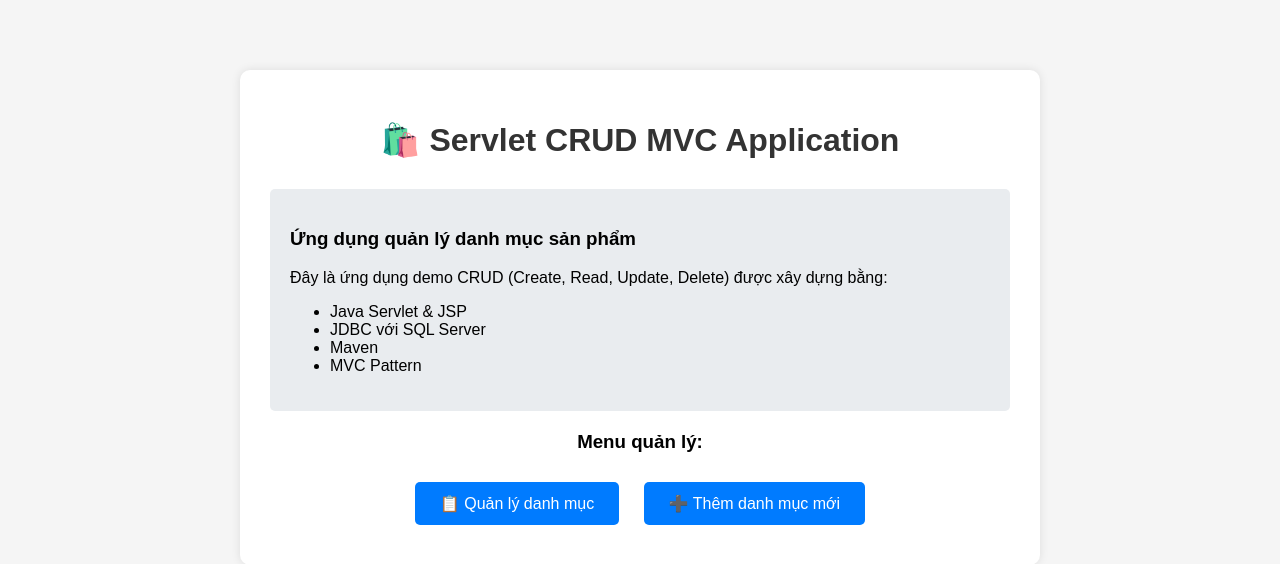
Repository: Ticasslo/23110327_HuynhNgocThang_LTWeb_BT
Page: http://localhost/23110327/
The author's editor kept a copy of each file at every save. The page is drawn from the files as they stood at one save, then again after the next save.
The browser window is 1280 px wide. The pictures show the whole page.
The page is served by Tomcat 10. Other server files are loaded and not shown.

Above is the page before, as saved 2025-08-29 16:19:33.

### 23110327/src/main/webapp/index.jsp
<%@ page language="java" contentType="text/html; charset=UTF-8" pageEncoding="UTF-8"%>
<%@ taglib prefix="c" uri="jakarta.tags.core"%>
<!DOCTYPE html>
<html>
<head>
    <meta charset="UTF-8">
    <title>Servlet CRUD MVC - Trang chủ</title>
    <style>
        body {
            font-family: Arial, sans-serif;
            max-width: 800px;
            margin: 50px auto;
            padding: 20px;
            background-color: #f5f5f5;
        }
        .container {
            background-color: white;
            padding: 30px;
            border-radius: 10px;
            box-shadow: 0 0 10px rgba(0,0,0,0.1);
        }
        h1 {
            color: #333;
            text-align: center;
            margin-bottom: 30px;
        }
        .menu {
            text-align: center;
        }
        .btn {
            display: inline-block;
            padding: 12px 25px;
            margin: 10px;
            background-color: #007bff;
            color: white;
            text-decoration: none;
            border-radius: 5px;
            font-size: 16px;
            transition: background-color 0.3s;
        }
        .btn:hover {
            background-color: #0056b3;
        }
        .description {
            margin: 20px 0;
            padding: 20px;
            background-color: #e9ecef;
            border-radius: 5px;
        }
    </style>
</head>
<body>
    <div class="container">
        <h1>🛍️ Servlet CRUD MVC Application</h1>

        <div class="description">
            <h3>Ứng dụng quản lý danh mục sản phẩm</h3>
            <p>Đây là ứng dụng demo CRUD (Create, Read, Update, Delete) được xây dựng bằng:</p>
            <ul>
                <li>Java Servlet & JSP</li>
                <li>JDBC với SQL Server</li>
                <li>Maven</li>
                <li>MVC Pattern</li>
            </ul>
        </div>

        <div class="menu">
            <h3>Menu quản lý:</h3>
            <a href="<c:url value='/admin/category/list'/>" class="btn">📋 Quản lý danh mục</a>
            <a href="<c:url value='/admin/category/add'/>" class="btn">➕ Thêm danh mục mới</a>
        </div>
    </div>
</body>
</html>

After the next save:
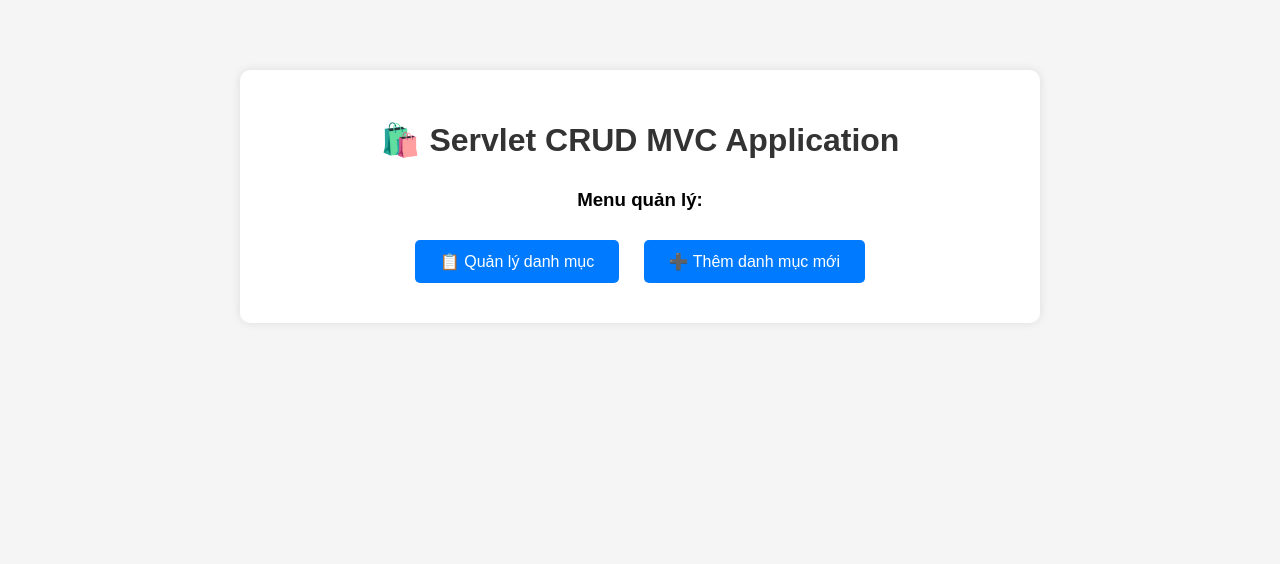
Saved 9 s later.
--- a/23110327/src/main/webapp/index.jsp
+++ b/23110327/src/main/webapp/index.jsp
@@ -53,16 +53,6 @@
     <div class="container">
         <h1>🛍️ Servlet CRUD MVC Application</h1>
 
-        <div class="description">
-            <h3>Ứng dụng quản lý danh mục sản phẩm</h3>
-            <p>Đây là ứng dụng demo CRUD (Create, Read, Update, Delete) được xây dựng bằng:</p>
-            <ul>
-                <li>Java Servlet & JSP</li>
-                <li>JDBC với SQL Server</li>
-                <li>Maven</li>
-                <li>MVC Pattern</li>
-            </ul>
-        </div>
 
         <div class="menu">
             <h3>Menu quản lý:</h3>
